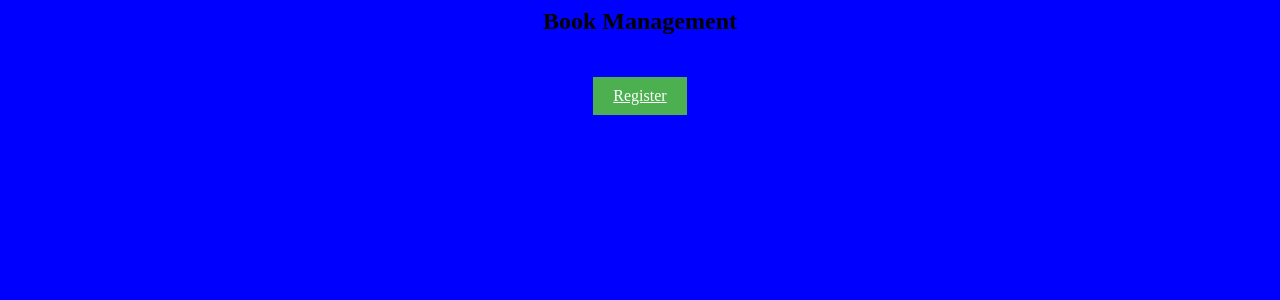
Repository: Chandu8397/hibernate
Page: http://localhost/assignments/
The author's editor kept a copy of each file at every save. The page is drawn from the files as they stood at one save, then again after the next save.
The browser window is 1280 px wide. The pictures show the whole page.
The page is served by Tomcat 9. Other server files are loaded and not shown.

Above is the page before, as saved 2024-12-03 17:00:49.

### assignments/src/main/webapp/index.jsp
<html>
<head>
<style>
	h1{color:blue;text-align:center}
	p{color:brown;text-align:center}

	body{background-color:blue; text-align:center}
	.button {
  background-color: #4CAF50; /* Green */
  border: none;
  color: white;
  padding: 10px 20px;
  font-size: 16px;
  cursor: pointer;
  text-align: center;
  display: inline-block;
  margin: 4px 2px;
}
</style>
</head>
<body>
<h2>Book Management</h2>

<br>
<a href="Book.html" class="button" >Register</a>
</body>
</html>

After the next save:
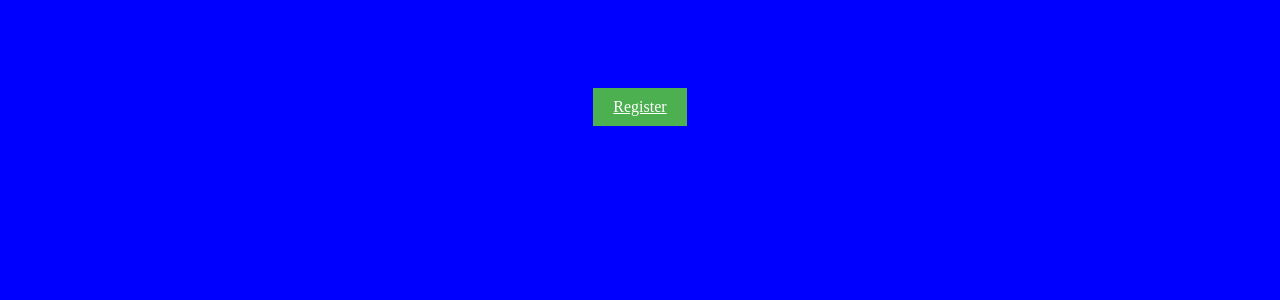
Saved 39 s later.
--- a/assignments/src/main/webapp/index.jsp
+++ b/assignments/src/main/webapp/index.jsp
@@ -19,7 +19,7 @@
 </style>
 </head>
 <body>
-<h2>Book Management</h2>
+<h1>Book Management</h1>
 
 <br>
 <a href="Book.html" class="button" >Register</a>

After the save that followed:
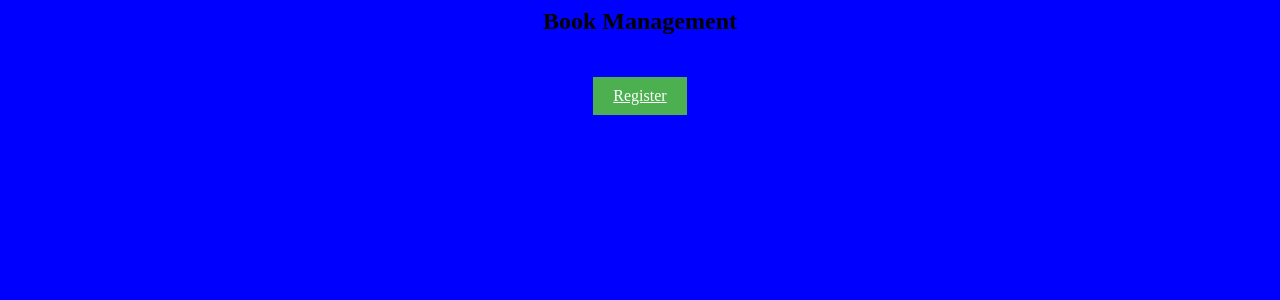
Saved 26 s later.
--- a/assignments/src/main/webapp/index.jsp
+++ b/assignments/src/main/webapp/index.jsp
@@ -19,7 +19,7 @@
 </style>
 </head>
 <body>
-<h1>Book Management</h1>
+<h2>Book Management</h2>
 
 <br>
 <a href="Book.html" class="button" >Register</a>
